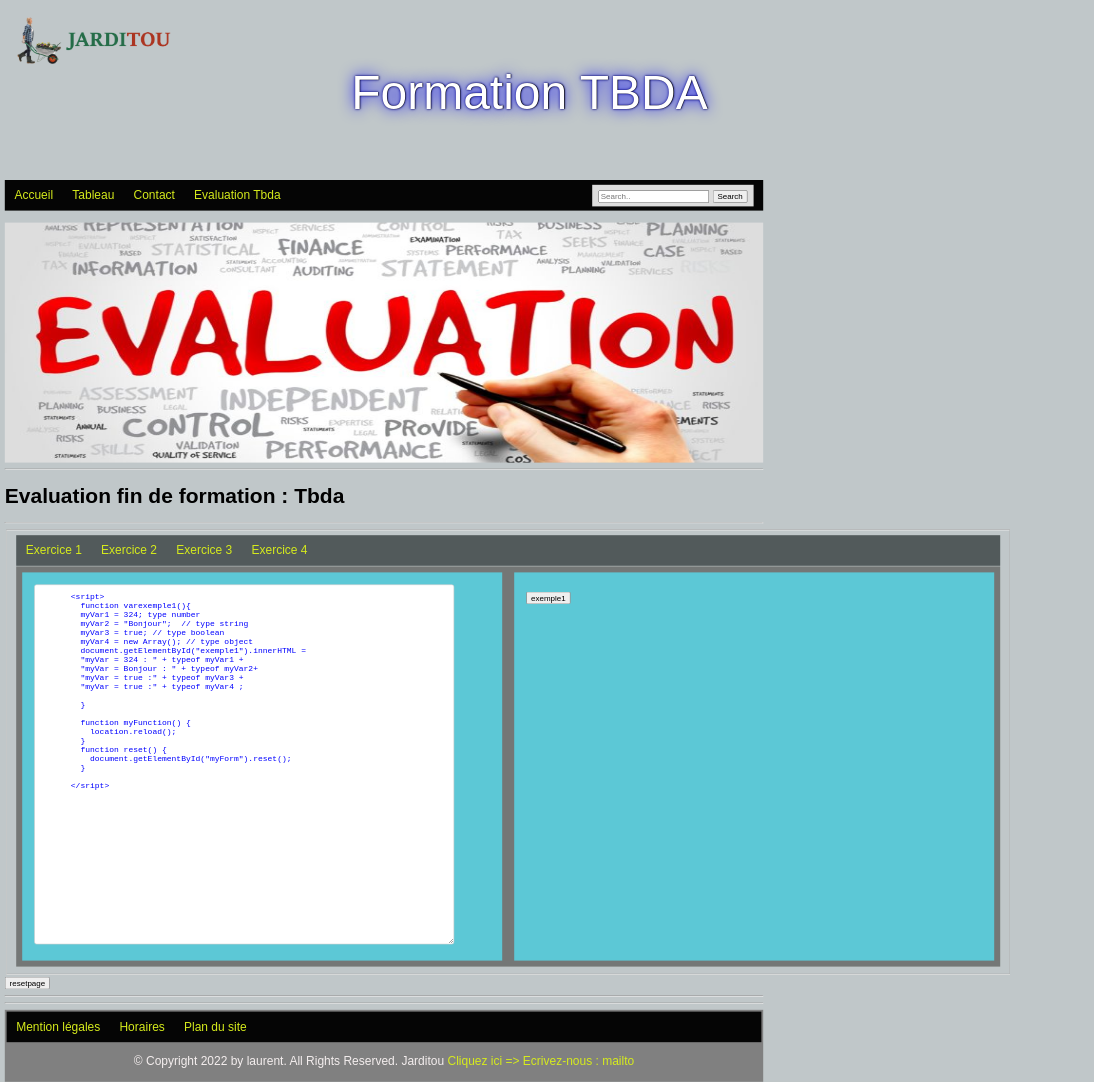
Repository: laurentbul/jarditou
Page: javascript/EvaluationTbda/evaluation_tbda.html
The author's editor kept a copy of each file at every save. The page is drawn from the files as they stood at one save, then again after the next save.
The browser window is 1280 px wide. The page is 1684 px wide, then 1824 px, so the pictures cover 1824 px, including what lies to the right of the window. The pictures show the whole page, at 60% of full size.

Above is the page before, as saved 2022-12-15 03:46:34.

After the next save:
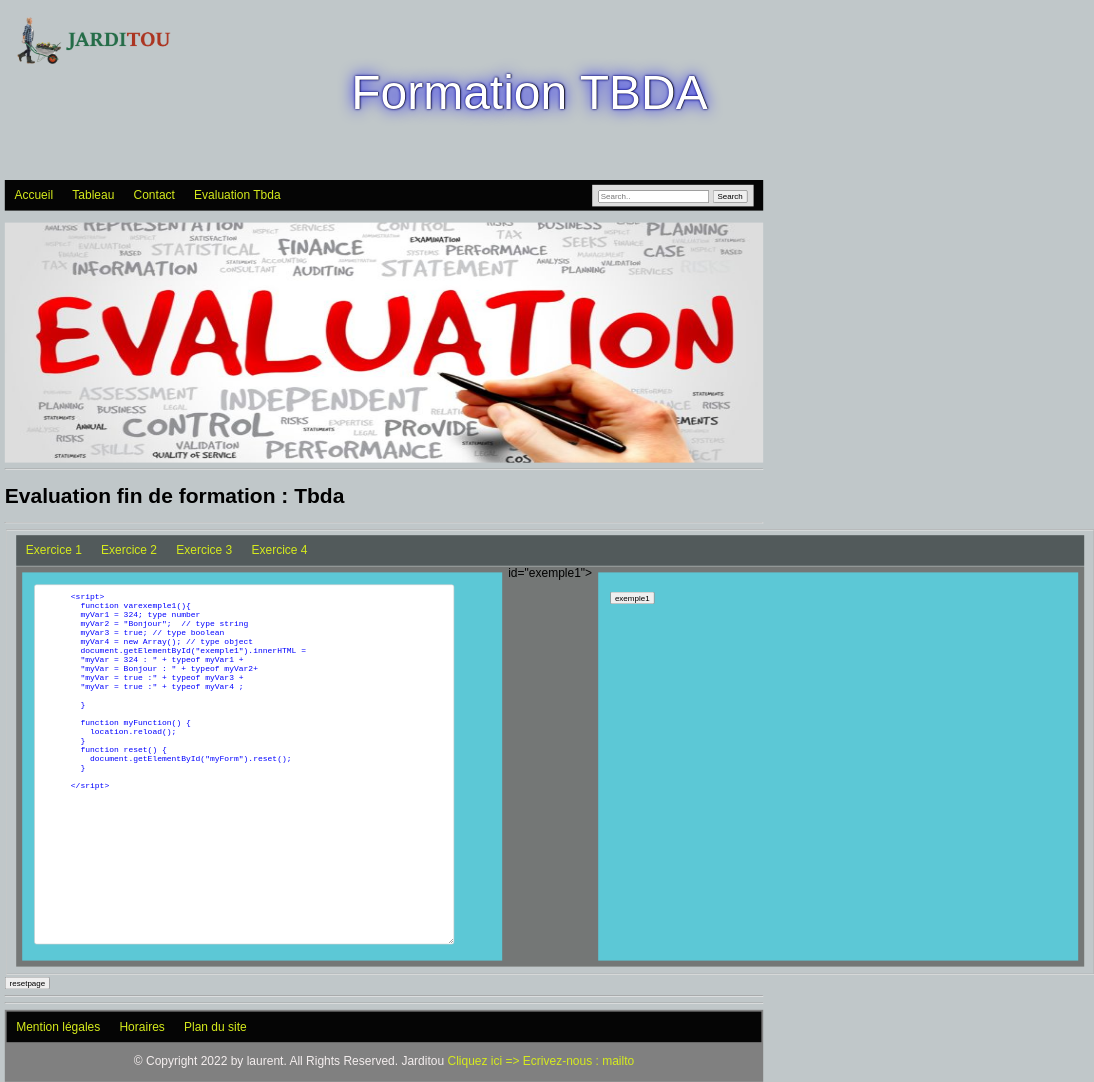
Saved 2 min 39 s later.
--- a/javascript/EvaluationTbda/evaluation_tbda.html
+++ b/javascript/EvaluationTbda/evaluation_tbda.html
@@ -91,7 +91,7 @@
       </sript>
     </textarea>
     </div>
-    <div id="exemple1">    <div ><input type="button" onclick="varexemple1()" value="exemple1">
+     id="exemple1">    <div ><input type="button" onclick="varexemple1()" value="exemple1">
 
     </div>
 
